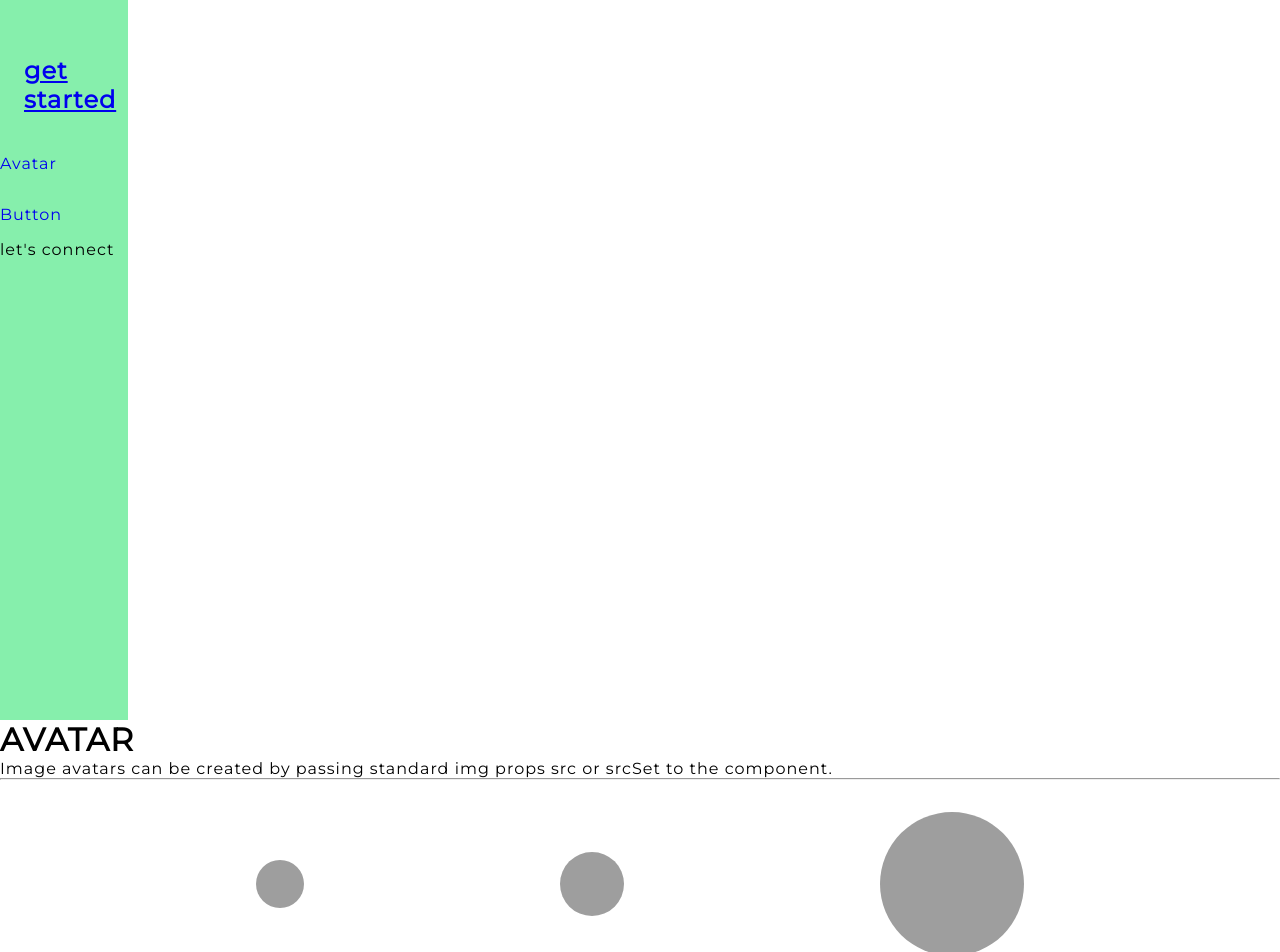
Repository: Anasooya2601/Components_UI
Page: components/Avatar/index.html
The author's editor kept a copy of each file at every save. The page is drawn from the files as they stood at one save, then again after the next save.
The browser window is 1280 px wide. The pictures show the part of the page from y = 0 to 952 px (the page is 1410 px tall before and 1429 px after).
Pictures or frames that could not be fetched are drawn as grey boxes.

Above is the page before, as saved 2022-02-12 01:25:13.
Not found: components/
Not found: components/Avatar/index.css

After the next save:
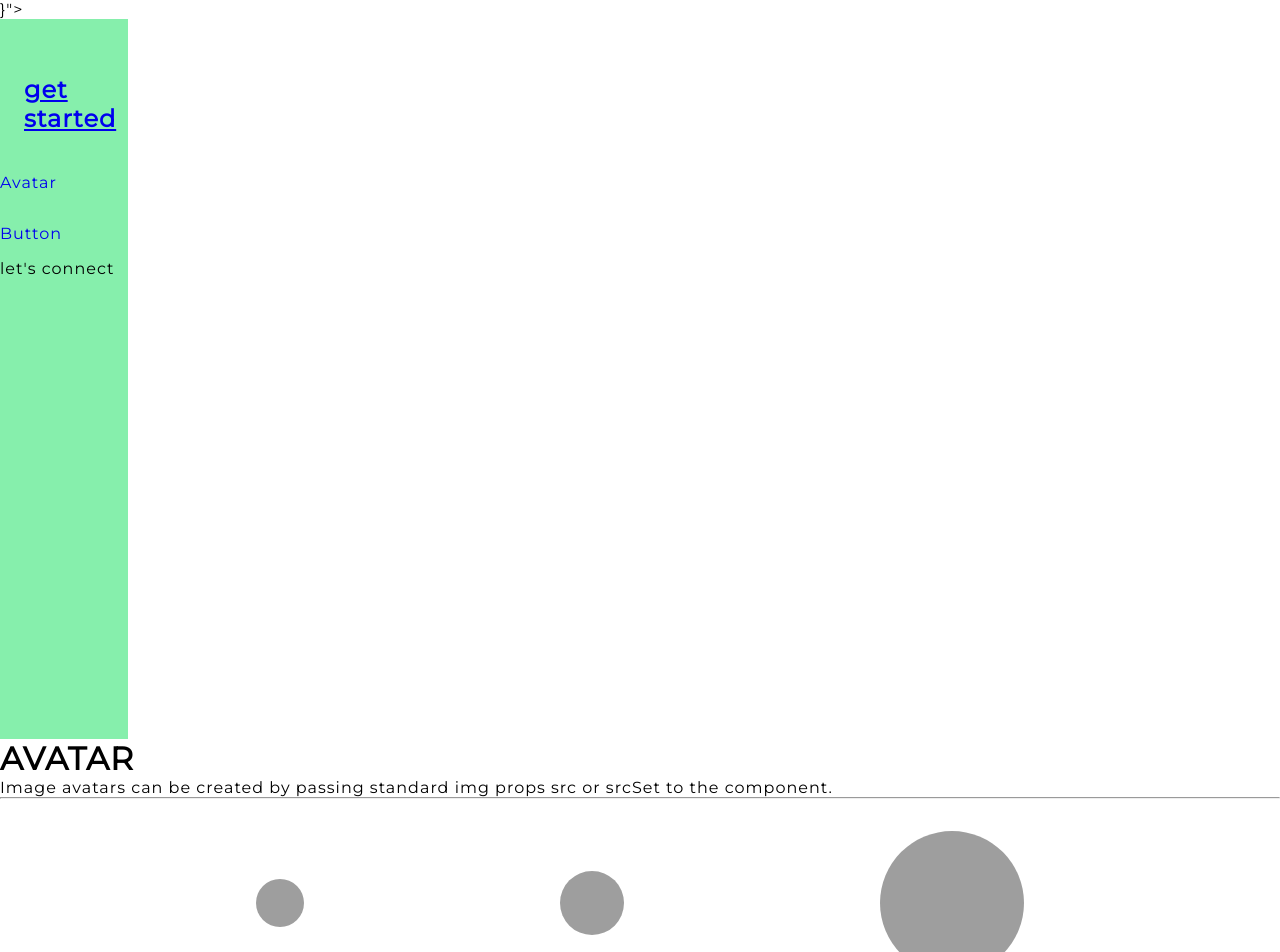
Saved 3 min 43 s later.
--- a/components/Avatar/index.html
+++ b/components/Avatar/index.html
@@ -7,7 +7,9 @@
     <title>AVATAR</title>
     <link rel="stylesheet" href="style.css">
     <link rel="stylesheet" href="/main/main.css">
-    <link rel="stylesheet" href="../comp.css">
+    <link rel="stylesheet" href="/components/comp.css">
+
+    }">
 </head>
 <body>
     <!-- main -->
